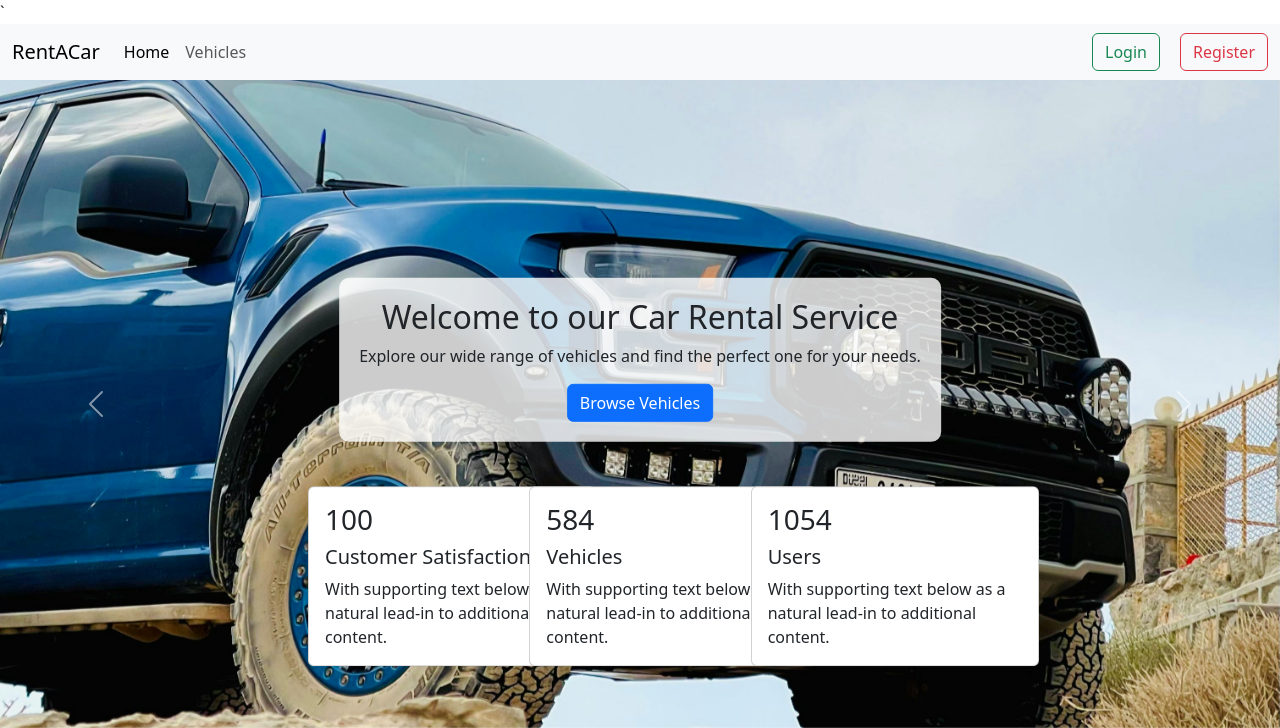
Repository: VimashaVishvani/VehicleRental
Page: http://localhost/Vehicle_rentalDb/
An editor plug-in stored every save of this project. The page is shown before and after the next save, followed by the edit.
The browser window is 1280 px wide. The pictures show the whole page.
The page is served by Tomcat 9.

Above is the page before, as saved 2024-05-04 19:48:51.

After the next save:
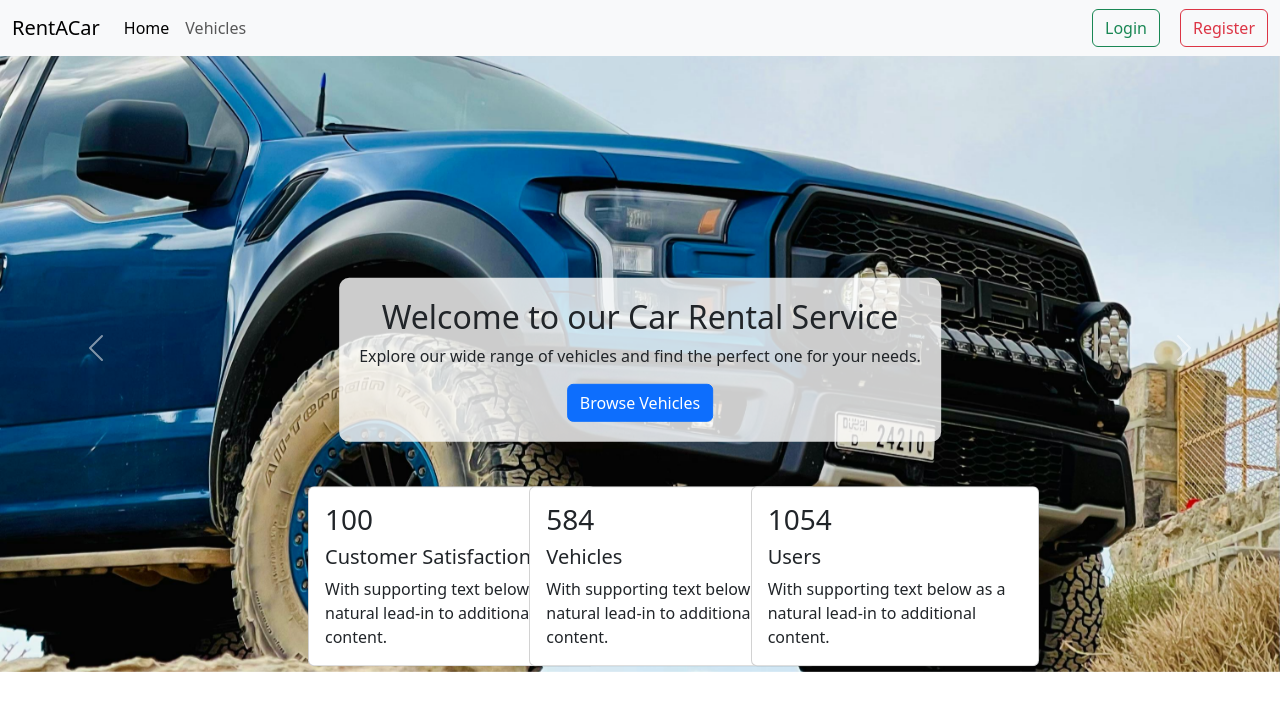
Saved 106 s later.
--- a/Vehicle_rentalDb/src/main/webapp/index.jsp
+++ b/Vehicle_rentalDb/src/main/webapp/index.jsp
@@ -42,7 +42,7 @@ position: absolute;
 </head>
 <body  style="padding-top:0;">
 
-<nav class="navbar navbar-expand-lg bg-body-tertiary" style="margine-top:-5%;background-color:rgba(0,0,0,0.8)">
+<nav class="navbar navbar-expand-lg bg-body-tertiary" style="position: absolute; top: 0; width: 100%; background-color: rgba(0, 0, 0, 0.0); z-index: 100;">
   <div class="container-fluid">
     <a class="navbar-brand" href="#">RentACar</a>
     <button class="navbar-toggler" type="button" data-bs-toggle="collapse" data-bs-target="#navbarSupportedContent" aria-controls="navbarSupportedContent" aria-expanded="false" aria-label="Toggle navigation">
@@ -59,12 +59,13 @@ position: absolute;
 
       </ul>
 
-      <a class="btn btn-outline-success" href="login.jsp"  style="margin-right:20px;">Login</a>
+      <a class="btn btn-outline-success" href="login.jsp" style="margin-right: 20px;">Login</a>
 
-      <button class="btn btn-outline-danger"  >Register</button>
+      <button class="btn btn-outline-danger">Register</button>
     </div>
   </div>
 </nav>
+
 
 
 <div id="carouselExample" class="carousel slide">
